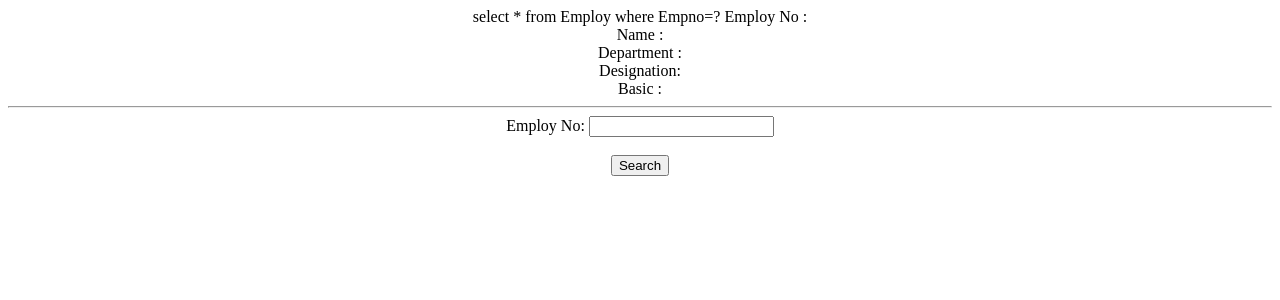
Repository: sandeshAraveti/Java-training
Page: Java_HCL/Day_jdbc/JstlDemos/WebContent/employsearch.html
These files come from the project's save history. The page is drawn as it stood at one moment and after the next save; the edit follows.
The browser window is 1280 px wide. The pictures show the whole page.

Above is the page before, as saved 2019-12-10 06:09:35.

After the next save:
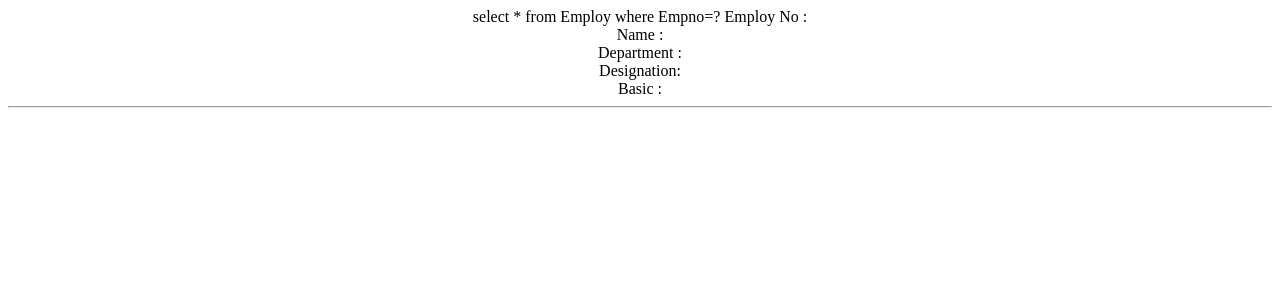
Saved 113 s later.
--- a/Java_HCL/Day_jdbc/JstlDemos/WebContent/employsearch.html
+++ b/Java_HCL/Day_jdbc/JstlDemos/WebContent/employsearch.html
@@ -29,17 +29,6 @@
       Basic :
       <c:out value=" ${e.Basic}"/> <br/><hr/>
      </c:forEach>
-
-
-
-
-
-
-
-Employ No:
- <input type="text" name="empno"/><br/><br/>
- <input type="submit" value="Search"/>
-</center>
 </form>
 </body>
 </html>

After the 5 saves that followed:
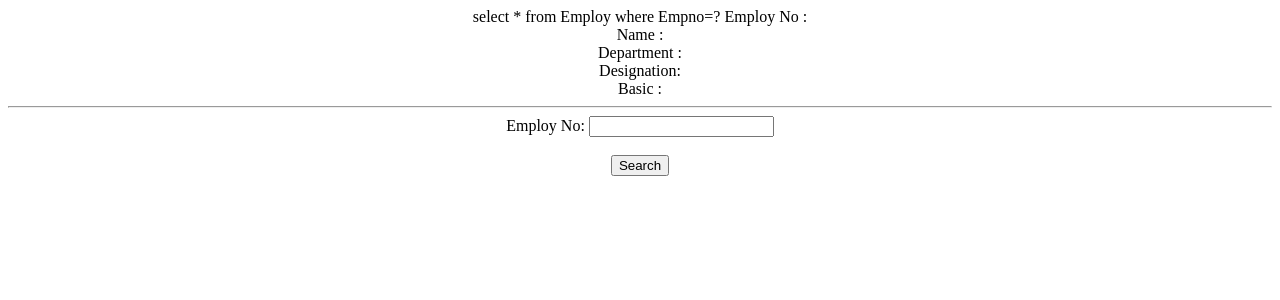
The 5 saves are shown as one change because 1 did not build or start and 3 left the picture as it was.
The last was saved 6 min 47 s later.
--- a/Java_HCL/Day_jdbc/JstlDemos/WebContent/employsearch.html
+++ b/Java_HCL/Day_jdbc/JstlDemos/WebContent/employsearch.html
@@ -15,7 +15,7 @@
 />
 <sql:query var="empQuery" dataSource="${conn}">
 select * from Employ where Empno=?
-<sql:param value="${param.empno}"/>
+<sql:param value="${param.empno"/>
 </sql:query>
 <c:forEach var="e" items="${empQuery.rows}">
       Employ No :
@@ -29,6 +29,17 @@
       Basic :
       <c:out value=" ${e.Basic}"/> <br/><hr/>
      </c:forEach>
+
+
+
+
+
+
+
+Employ No:
+ <input type="text" name="empno"/><br/><br/>
+ <input type="submit" value="Search"/>
+</center>
 </form>
 </body>
 </html>
